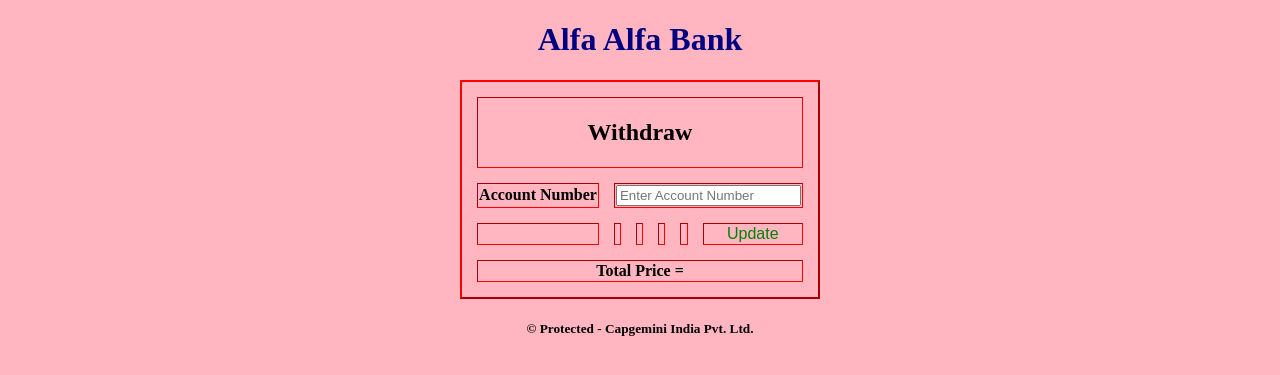
Repository: Rccalfa123/OnlineBankingApp
Page: http://localhost/AlfaAlfaBankApp/withdrawForm.jsp
An editor plug-in stored every save of this project. The page is shown before and after the next save, followed by the edit.
The browser window is 1280 px wide. The pictures show the whole page.
The page is served by Tomcat 9. Other server files are loaded and not shown.

Above is the page before, as saved 2018-08-10 12:43:28.

### AlfaAlfaBankApp/WebContent/withdrawForm.jsp
<%@ page language="java" contentType="text/html; charset=ISO-8859-1"
    pageEncoding="ISO-8859-1"%>
<!DOCTYPE html>
<html>
<head>

<link rel="stylesheet" type="text/css" href="mystyle.css">

<meta charset="ISO-8859-1">
<title>Insert title here</title>
</head>
<body>

<jsp:include page="header.jsp"></jsp:include>

		<form action=".app" method="get">

			<div>
				<table cellspacing="15" align="center" border="2">
					<tr>
						<th colspan="6" height="35"><h2>Withdraw</h2></th>
					</tr>
					<tr>
						<th height="20">Account Number</th>
						<th colspan="6" > <input type="number" name="typedAccount"  placeholder="Enter Account Number"></th>
					</tr>

					<alfa:forEach var="booksInCart" items="${sessionScope.booksInCart}">
						<tr>
							<td align="center">${booksInCart.bookObject.bookId}</td>
							<td align="center">${booksInCart.bookObject.bookName}</td>
							<td align="center">${booksInCart.bookObject.bookDescription}</td>
							<td align="center">${booksInCart.bookObject.bookPrice}</td>
							<td align="center">${booksInCart.noofBookAdded}</td>
							<td align="center" colspan="2"><a
								href="removenew.app?bookId=${booksInCart.bookObject.bookId}"> Update </a></td>
						</tr>
					</alfa:forEach>
					<tr>
						<th colspan="6">Total Price = ${sessionScope.price}</th>
					</tr>
				</table>
			</div>

		</form>
	<jsp:include page="footer.html"></jsp:include>


</body>
</html>

### AlfaAlfaBankApp/WebContent/header.jsp
<%@taglib prefix="jstl" uri="http://java.sun.com/jsp/jstl/core" %>
<div align="center">
	<h1>Alfa Alfa Bank</h1>
</div>

### AlfaAlfaBankApp/WebContent/footer.html
<div align="center">
<h5>&copy; Protected - Capgemini India Pvt. Ltd.</h5>
</div>

### AlfaAlfaBankApp/WebContent/mystyle.css
@charset "ISO-8859-1";

body {
    background-color: lightpink;
}

h1 {
    color: navy;
}

td{

 font-family: sans-serif;

}

table {
	border-color: red;
	border-right: 2px 2px 2px 2px ;
}

a{
	text-decoration: none;
	color: green;
}

After the next save:
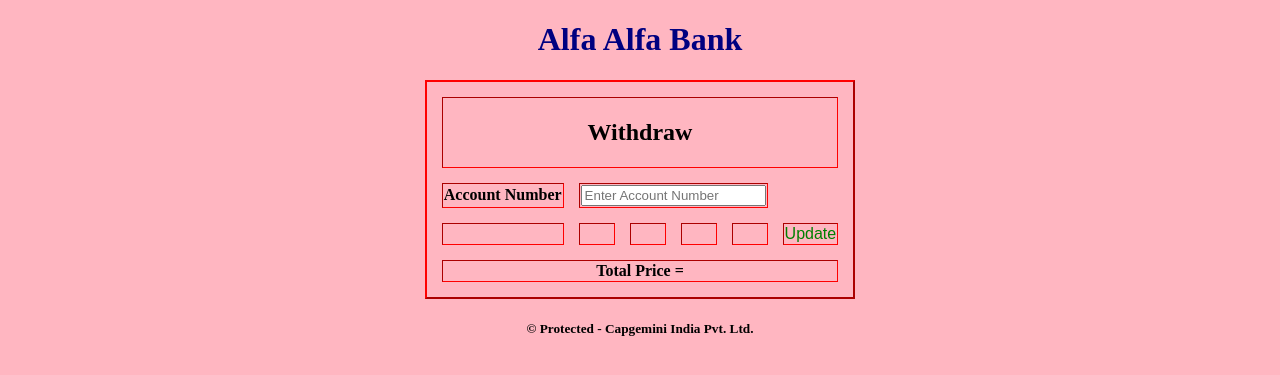
Saved 15 s later.
--- a/AlfaAlfaBankApp/WebContent/withdrawForm.jsp
+++ b/AlfaAlfaBankApp/WebContent/withdrawForm.jsp
@@ -22,7 +22,7 @@
 					</tr>
 					<tr>
 						<th height="20">Account Number</th>
-						<th colspan="6" > <input type="number" name="typedAccount"  placeholder="Enter Account Number"></th>
+						<th colspan="4" > <input type="number" name="typedAccount"  placeholder="Enter Account Number"></th>
 					</tr>
 
 					<alfa:forEach var="booksInCart" items="${sessionScope.booksInCart}">
